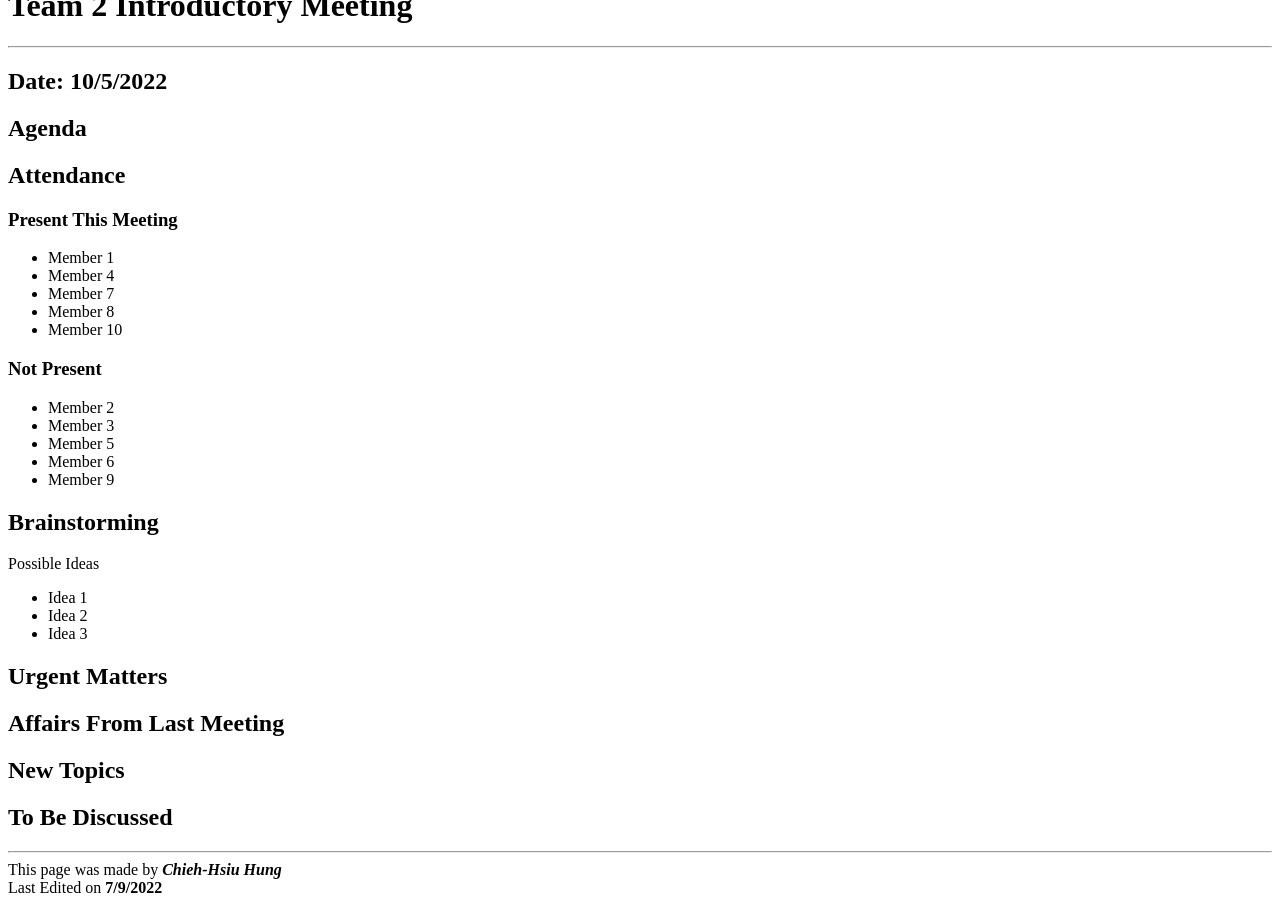
Repository: Chieh0501/fa22-cse110-lab3
Page: index.html
The author's editor kept a copy of each file at every save. The page is drawn from the files as they stood at one save, then again after the next save.
The browser window is 1280 px wide. The pictures show the part of the page from y = 382 to 1334 px (the page is 1287 px tall before and 1334 px after).
A picture or video elsewhere on the page could not be fetched, so the positions and the page height are approximate.

Above is the page before, as saved 2022-10-05 11:58:15.

### index.html
<!DOCTYPE html>
<html lang="en">

<head>
	<meta charset="utf-8" />
	<meta name="description" content="Team 2 Meeting Notes" />
	<meta name="keywords" content="HTML, CSS, JavaScript" />
	<meta name="author" content="Chieh-Hsiu Hung" />
	<meta name="viewport" content="width=device-width, initial-scale=1.0" />
	<title>Team 2 Meeting Notes</title>
	<link href="images/favicons/favicon.ico" rel="icon" />
	<!-- <link href="styles/main.css" rel="stylesheet" /> -->
	<!-- <script>
		window.addEventListener('load', function () {
			let time = window.performance.timing,
				complete = time.domComplete - time.domLoading;
			document.getElementById('page-load-info').innerHTML = `<strong>Page Loaded in ${parseInt(complete)}ms
			 on ${new Date().toLocaleString("en-US")}</strong>`;
		});
	</script> -->

</head>

<body>
	<header>
		<header>
			<img src="images/demo-logo.png" alt="Demo Team Logo">
			<hr />
			<nav>
				<a href="index.html">Home</a>
				<a href="about.html">Diagrams/Pictures</a>
				<a href="project.html">Audio/Video Backup</a>
				<a href="contact.html">Question Board</a>
				<a href="contact.html">Contact Me</a>
			</nav>
		</header>
	</header>

	<main>
		<h1 id="top">Team 2 Introductory Meeting</h1>
		<hr />
		<h2>Date: 10/5/2022</h2>
		<section>
			<h2>Agenda</h2>

		</section>
		<section>
			<h2>Attendance</h2>
			<!-- <form>
				Add Checkbox state with JS later
				<input type="checkbox" id="member1" name="member1" value="chung">
				<label for="vehicle1"> Chieh-Hsiu Hung</label><br>
				<input type="checkbox" id="member2" name="member2" value="avalliani">
				<label for="vehicle1"> Amaar Valliani</label><br>
				<input type="checkbox" id="member3" name="member3" value="ajia">
				<label for="vehicle1"> Andrew Jia</label><br>
				<input type="checkbox" id="member4" name="member4" value="ivarela">
				<label for="vehicle1"> Issac Varela</label><br>
				<input type="checkbox" id="member5" name="member5" value="lnguyen">
				<label for="vehicle1"> Liam Nguyen</label><br>
				<input type="checkbox" id="member6" name="member6" value="nrao">
				<label for="vehicle1"> Nikhil Rao</label><br>
				<input type="checkbox" id="member7" name="member7" value="sdadhwal">
				<label for="vehicle1"> Sahil Dadhwal</label><br>
				<input type="checkbox" id="member8" name="member8" value="tkoon">
				<label for="vehicle1"> Thomas Koon</label><br>
				<input type="checkbox" id="member9" name="member9" value="ycao">
				<label for="vehicle1"> Yingqi Cao</label><br>
				<input type="checkbox" id="member10" name="member10" value="yxu">
				<label for="vehicle1"> YunXiao Xu</label><br>
				<input type="submit" value="Submit">
			  </form> -->
			  <h3>Present This Meeting</h3>
			  <ul>
				<li>Member 1</li>
				<li>Member 4</li>
				<li>Member 7</li>
				<li>Member 8</li>
				<li>Member 10</li>
			  </ul>
			  <h3>Not Present</h3>
			  <ul>
				<li>Member 2</li>
				<li>Member 3</li>
				<li>Member 5</li>
				<li>Member 6</li>
				<li>Member 9</li>
			  </ul>
		</section>
		<section>
			<h2>Brainstorming</h2>
			<div>Possible Ideas</div>
			<ul>
				<li>Idea 1</li>
				<li>Idea 2</li>
				<li>Idea 3</li>
			  </ul>
		</section>
		<section>
			<h2>Urgent Matters</h2>
		</section>
		<section>
			<h2>Affairs From Last Meeting</h2>
		</section>
		<section>
			<h2>New Topics</h2>
		</section>
		<section>
			<h2>To Be Discussed</h2>
		</section>
	</main>

	<footer>
		<hr />
		<div>This page was made by <i><b>Chieh-Hsiu Hung</b></i></div>
		<aside>Last Edited on <strong>7/9/2022</strong></aside>
	</footer>
</body>

</html>

After the next save:
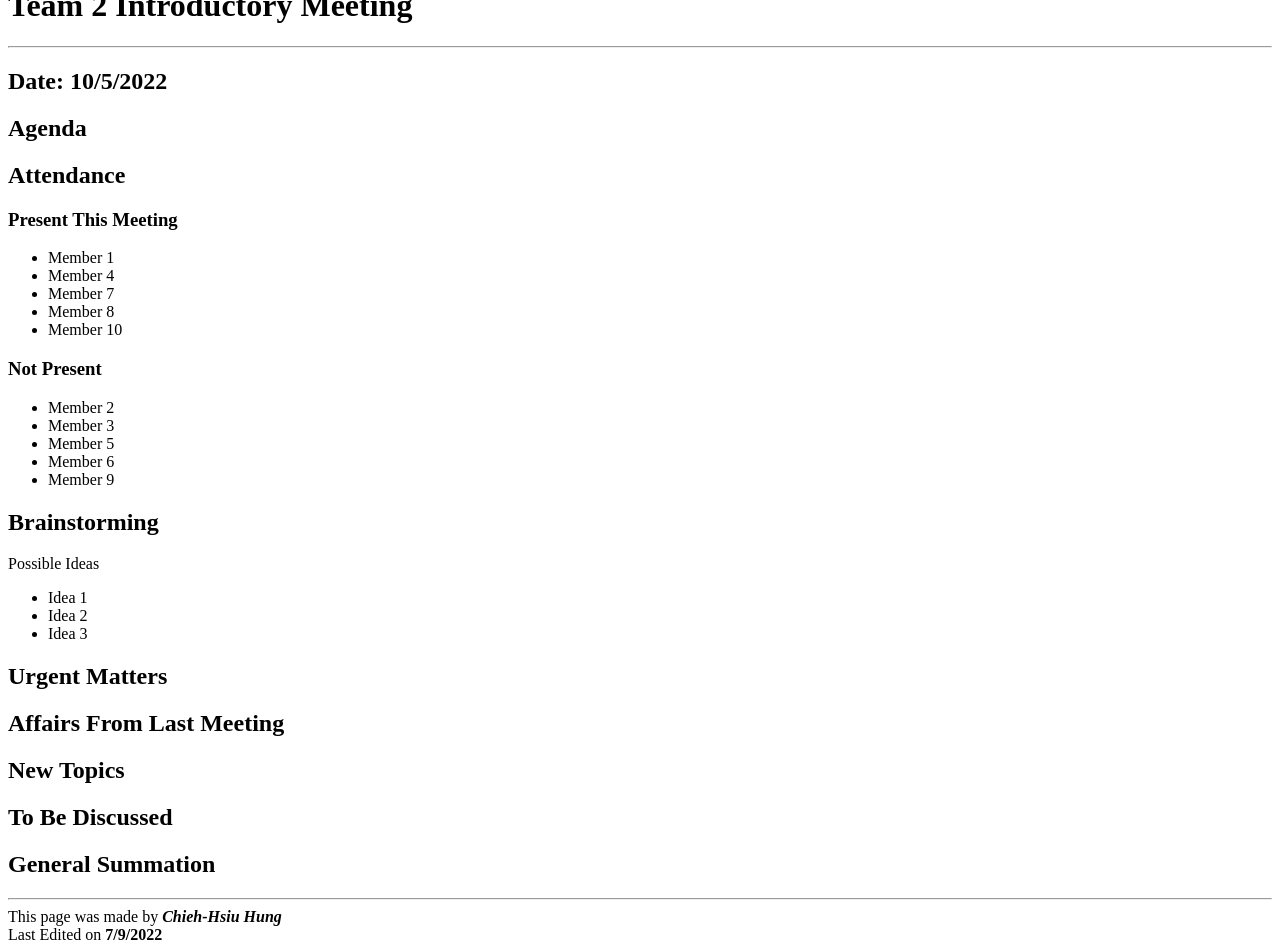
Saved 59 s later.
--- a/index.html
+++ b/index.html
@@ -108,6 +108,9 @@
 		<section>
 			<h2>To Be Discussed</h2>
 		</section>
+		<section>
+			<h2>General Summation</h2>
+		</section>
 	</main>
 
 	<footer>
